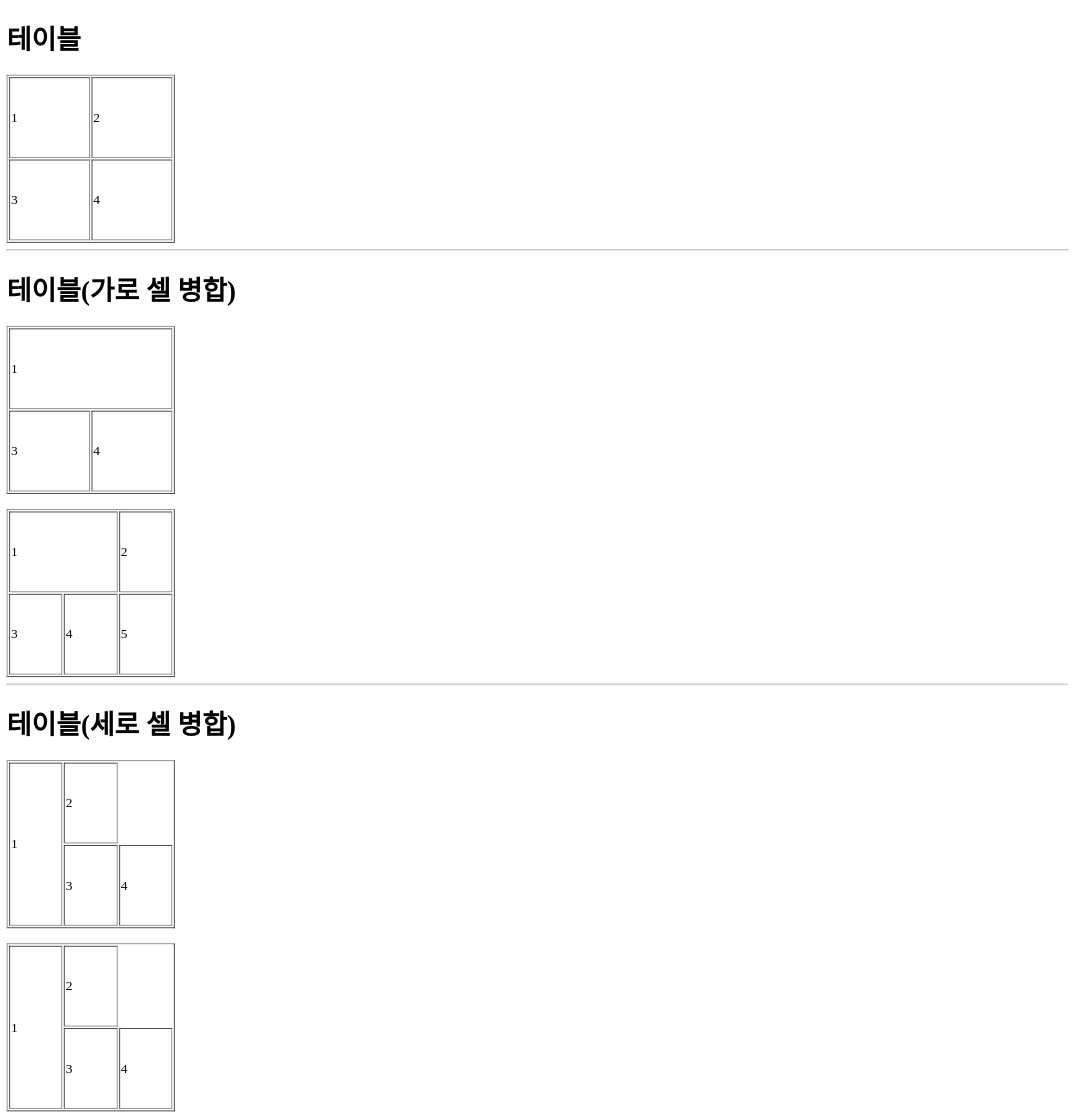
Repository: zzzzzzin/Client
Page: ClientTest/src/main/webapp/html/ex17_table.html
The author's editor kept a copy of each file at every save. The page is drawn from the files as they stood at one save, then again after the next save.
The browser window is 1280 px wide. The pictures show the whole page, at 84% of full size.

Above is the page before, as saved 2024-03-13 07:14:46.

After the next save:
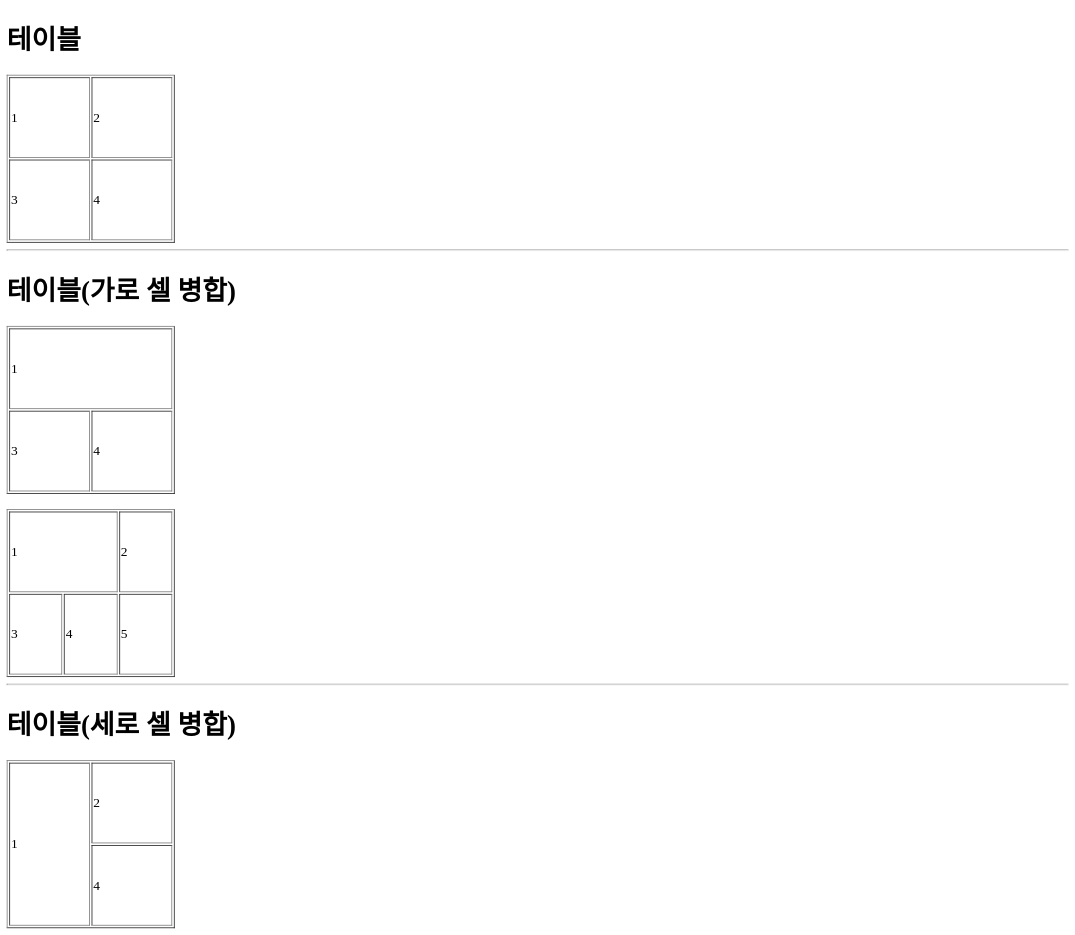
Saved 24 s later.
--- a/ClientTest/src/main/webapp/html/ex17_table.html
+++ b/ClientTest/src/main/webapp/html/ex17_table.html
@@ -51,17 +51,6 @@
 			<td>2</td>
 		</tr>
 		<tr>
-			<td>3</td>
-			<td>4</td>
-		</tr>
-	</table> <br>
-	<table border="1" width="200" height="200">
-		<tr>
-			<td rowspan="2">1</td>
-			<td>2</td>
-		</tr>
-		<tr>
-			<td>3</td>
 			<td>4</td>
 		</tr>
 	</table>
